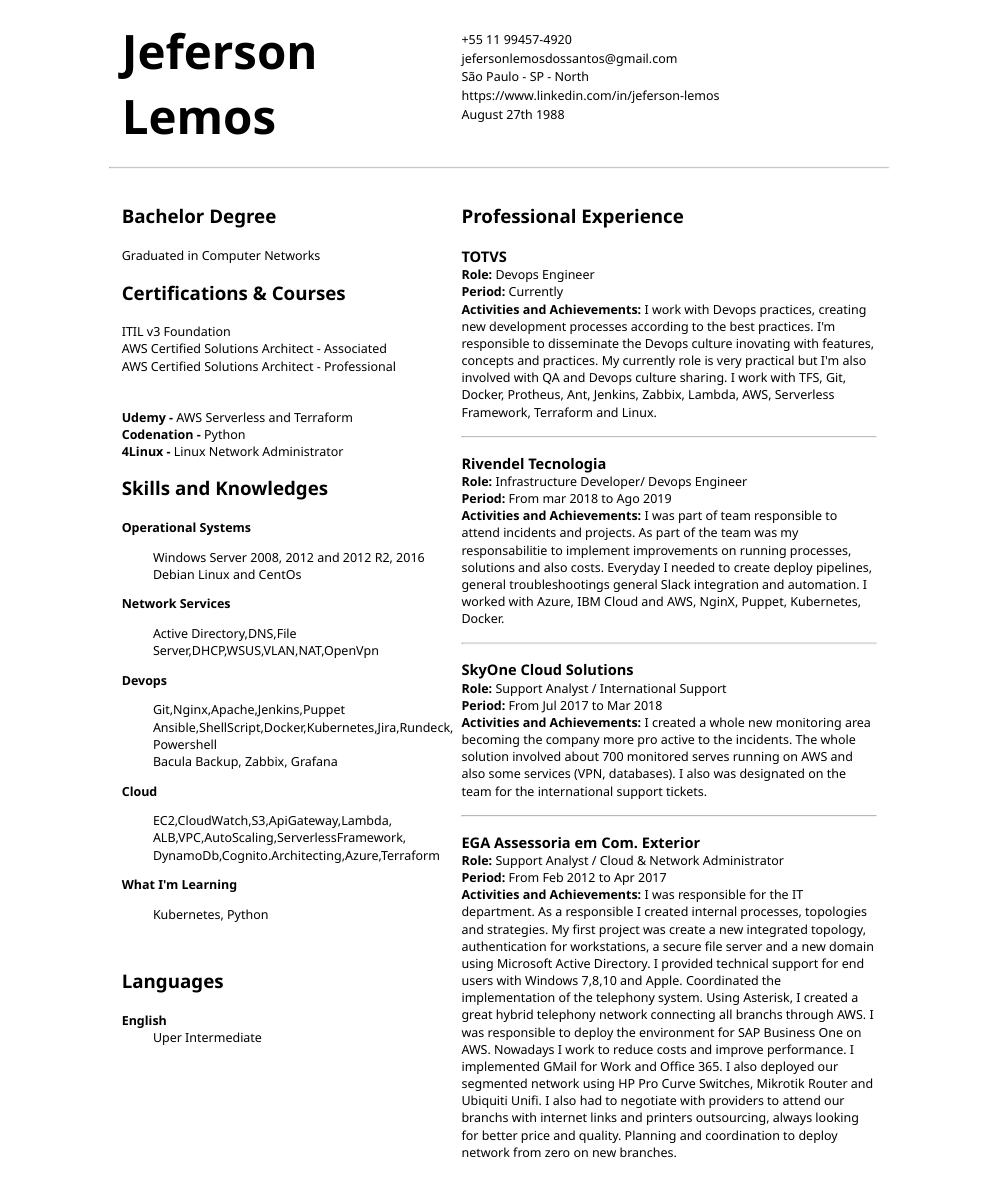
Repository: jefersonlemos/Resume
Page: index.html
The author's editor kept a copy of each file at every save. The page is drawn from the files as they stood at one save, then again after the next save.
The browser window is 1280 px wide. The pictures show the whole page, at 78% of full size.
Some icons come from a web library that is not loaded, so they are not drawn.

Above is the page before, as saved 2020-08-17 10:24:21.
Not found: css/normalize.css

After the next save:
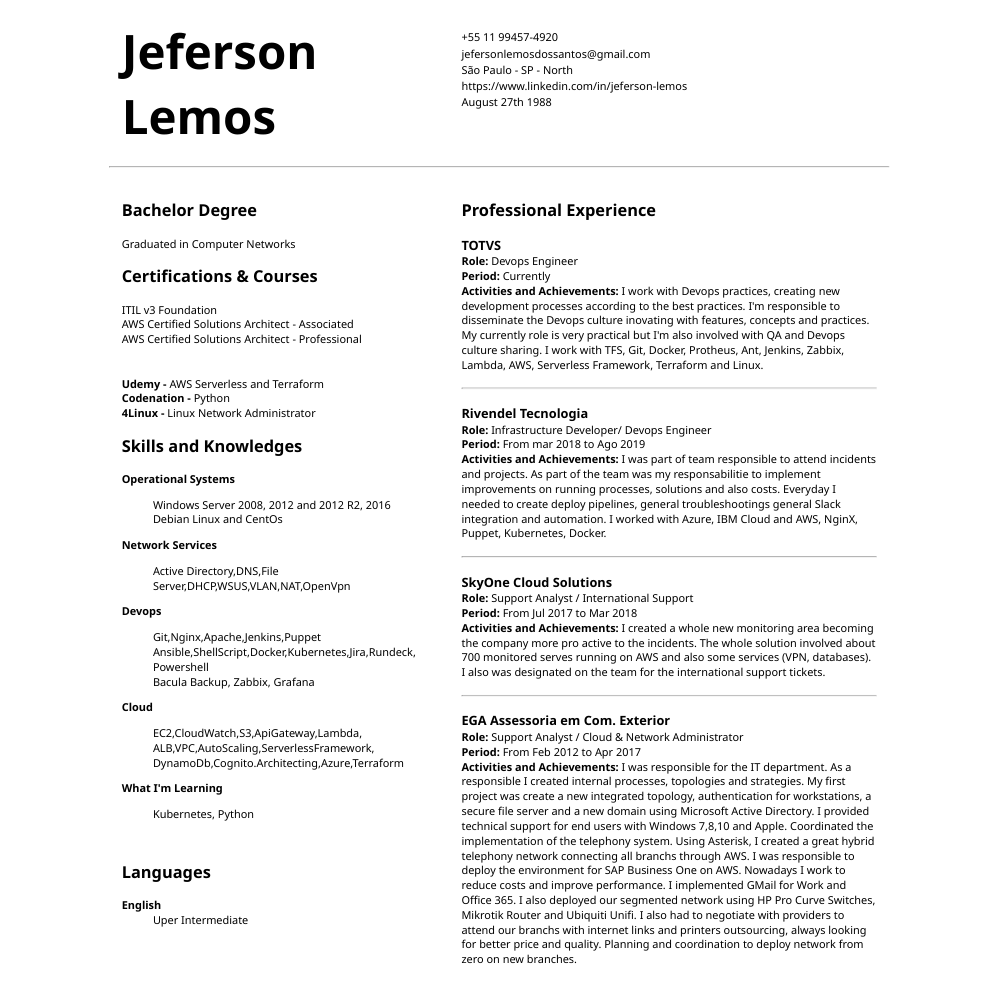
Saved 7 min 28 s later.
--- a/css/app.css
+++ b/css/app.css
@@ -1,5 +1,7 @@
 body {
     font-family: 'Segoe UI', sans-serif;
+    /* You can adjust the entire page font size here */
+    font-size: 14px;
 }
 
 .content {

After the save that followed:
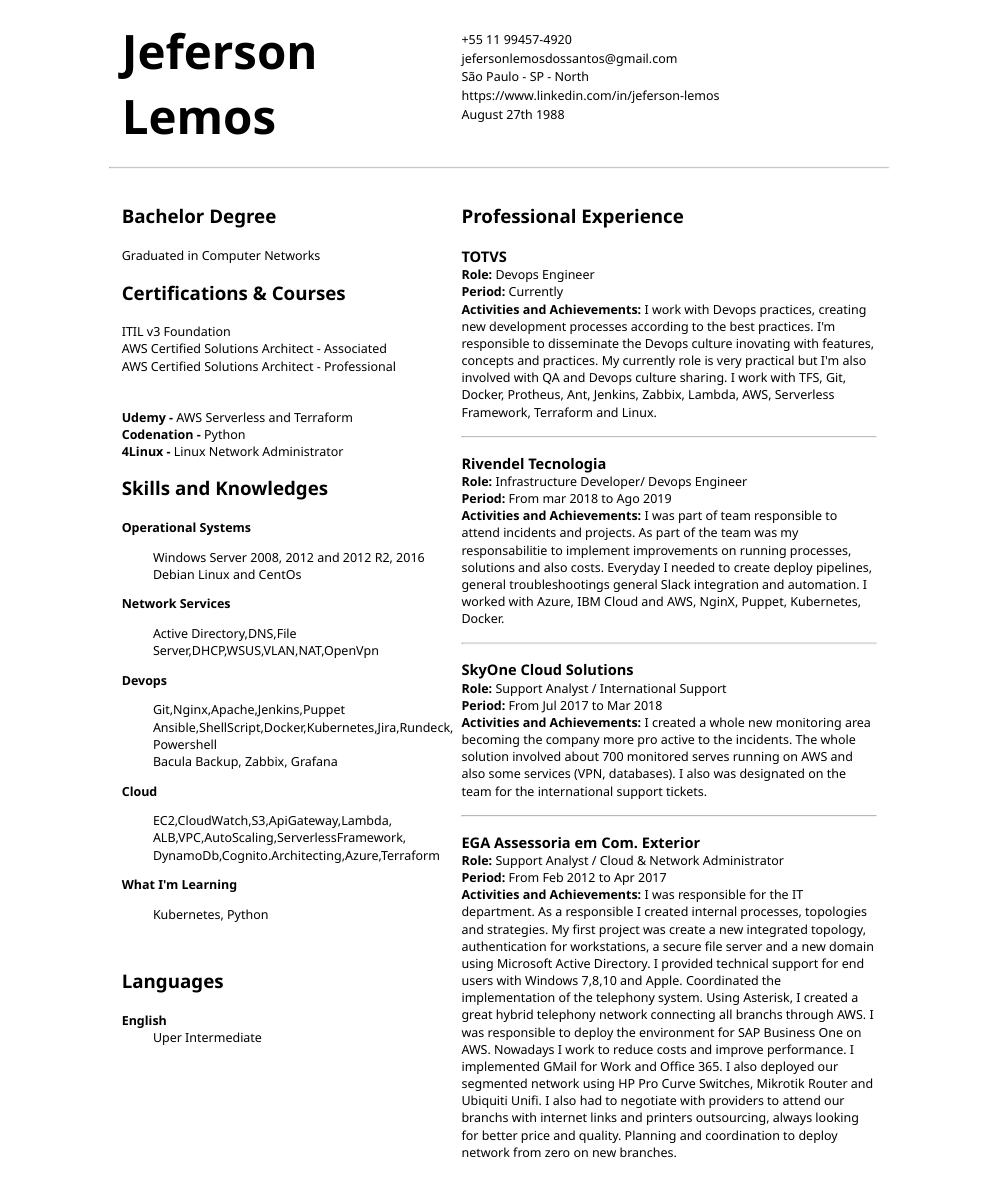
Saved 13 s later.
--- a/css/app.css
+++ b/css/app.css
@@ -1,7 +1,7 @@
 body {
     font-family: 'Segoe UI', sans-serif;
     /* You can adjust the entire page font size here */
-    font-size: 14px;
+    font-size: 16px;
 }
 
 .content {
